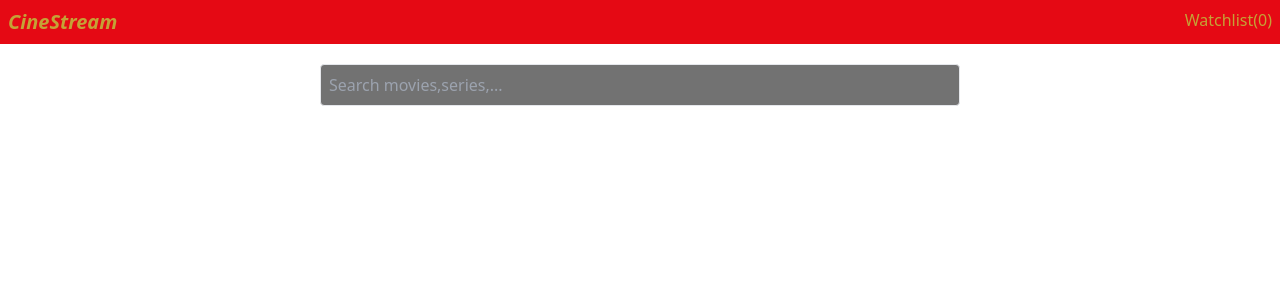
Repository: Reshmashameem31/Cine-Stream
Page: / (app in movie-project/)
An editor plug-in stored every save of this project. The page is shown before and after a run of saves, followed by the edit.
The browser window is 1280 px wide. The pictures show the whole page.
The project was rebuilt for these pictures with package versions that can differ from the ones it lists, and the page was loaded fresh each time. Also part of the build but not shown: movie-project/vite.config.js, movie-project/src/pages/WatchList.jsx.

Above is the page before, as saved 2025-08-15 17:55:11.

After the next 4 saves:
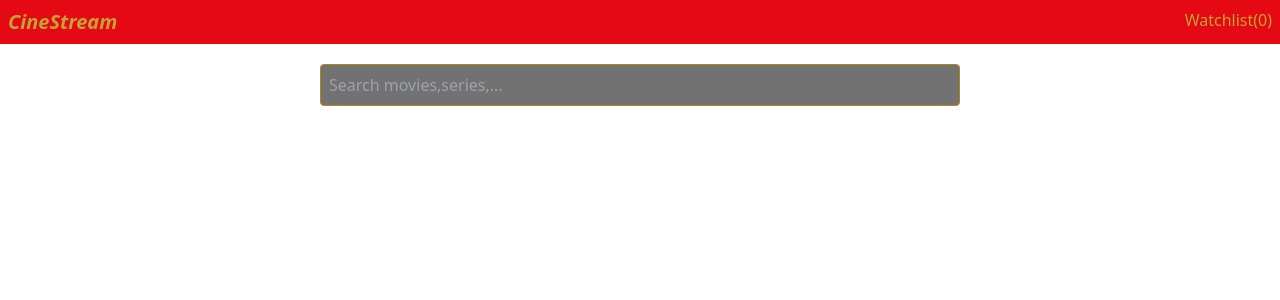
The 4 saves are shown as one change because they came seconds apart.
The last was saved 13 s later.
--- a/movie-project/src/pages/Home.jsx
+++ b/movie-project/src/pages/Home.jsx
@@ -4,7 +4,7 @@ const Home = () => {
   return (
     <div className='p-4 pt-16 '>
         <input type='text' placeholder='Search movies,series,...'
-         className='p-2 w-3/4 md:w-1/2 border rounded border-[#0]
+         className='p-2 w-3/4 md:w-1/2 border rounded border-[#B8860B]
           bg-[#141414] bg-opacity-60 backdrop-blur-md text-white fixed  left-1/4  top-16' />
         <div className='movies-container'></div>
         <div className='pagination-container'></div>
